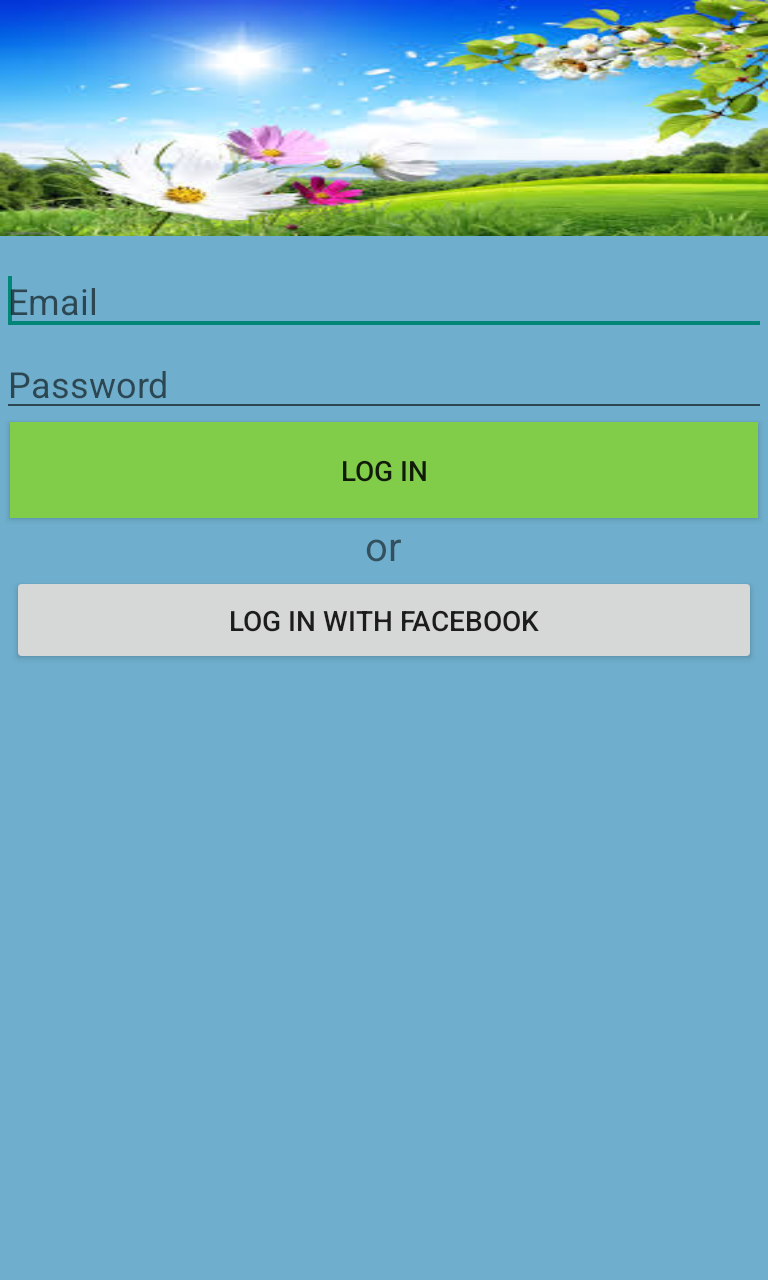
Repository: adarshnair13/my-project
Layout: ash/res/layout/activity_main.xml
The author's editor kept a copy of each file at every save. The layout is drawn from the files as they stood at one save, then again after the next save.
It is drawn on a 768 x 1280 px phone screen (xhdpi) without system bars, with theme AppTheme; the app's code is not run.

Above is the layout before, as saved 2015-02-02 23:03:52.

### ash/res/layout/activity_main.xml
<LinearLayout xmlns:android="http://schemas.android.com/apk/res/android"
    xmlns:tools="http://schemas.android.com/tools"
    android:id="@+id/LinearLayout1"
    android:layout_width="match_parent"
    android:layout_height="match_parent"
    android:background="#6FAFCD"
    android:orientation="vertical"
    tools:context="com.adarsh.ash.MainActivity" >

    <ImageView
        android:id="@+id/imageView1"
        android:layout_width="match_parent"
        android:layout_height="wrap_content"
        android:scaleType="fitXY"
        android:src="@drawable/nock" />

    <EditText
        android:id="@+id/editText1"
        android:layout_width="match_parent"
        android:layout_height="wrap_content"
        android:layout_marginTop="10dp"
        android:ems="10"
        android:hint="Email"
        android:inputType="textEmailAddress" >

        <requestFocus />
    </EditText>

    <EditText
        android:id="@+id/editText2"
        android:layout_width="match_parent"
        android:layout_height="wrap_content"
        android:ems="10"
        android:hint="Password"
        android:inputType="numberPassword" />

    <Button
        android:id="@+id/button1"
        style="?android:attr/buttonStyleSmall"
        android:layout_width="match_parent"
        android:layout_height="wrap_content"
        android:layout_marginLeft="5dp"
        android:layout_marginRight="5dp"
        android:background="#81CD4A"
        android:text="Log In" />

    <TextView
        android:id="@+id/textView1"
        android:layout_width="wrap_content"
        android:layout_height="wrap_content"
        android:layout_gravity="center"
        android:text="or"
        android:textSize="20dp" />

    <Button
        android:id="@+id/button2"
        style="?android:attr/buttonStyleSmall"
        android:layout_width="match_parent"
        android:layout_height="wrap_content"
        android:layout_marginLeft="5dp"
        android:layout_marginRight="5dp"
        android:text="Log In with Facebook" />

</LinearLayout>

Loaded but not shown: ash/res/values/styles.xml (common file); ash/res/values-v11/styles.xml (common file); ash/res/values-v14/styles.xml (common file)

After the next save:
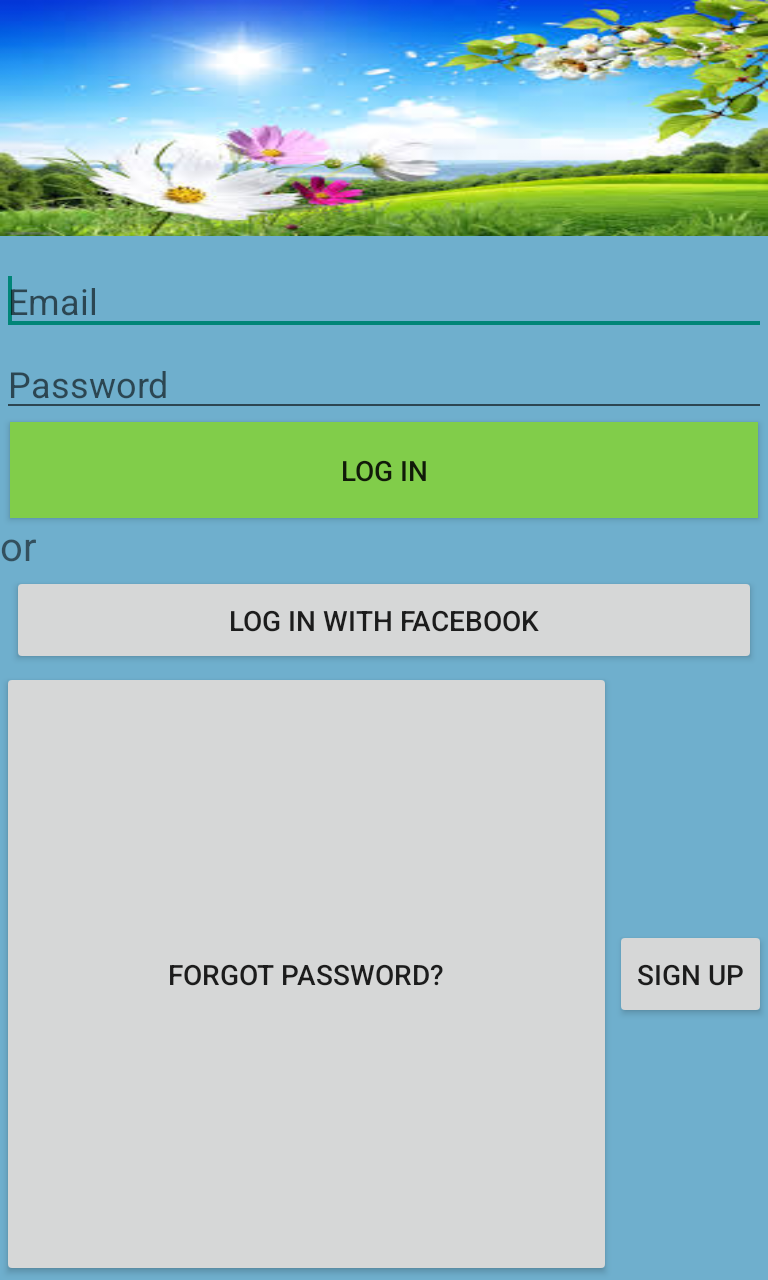
Saved 13 min 18 s later.
--- a/ash/res/layout/activity_main.xml
+++ b/ash/res/layout/activity_main.xml
@@ -1,6 +1,6 @@
-<LinearLayout xmlns:android="http://schemas.android.com/apk/res/android"
+<RelativeLayout xmlns:android="http://schemas.android.com/apk/res/android"
     xmlns:tools="http://schemas.android.com/tools"
-    android:id="@+id/LinearLayout1"
+    android:id="@+id/RelativeLayout1"
     android:layout_width="match_parent"
     android:layout_height="match_parent"
     android:background="#6FAFCD"
@@ -11,6 +11,8 @@
         android:id="@+id/imageView1"
         android:layout_width="match_parent"
         android:layout_height="wrap_content"
+        android:layout_alignParentLeft="true"
+        android:layout_alignParentTop="true"
         android:scaleType="fitXY"
         android:src="@drawable/nock" />
 
@@ -18,6 +20,8 @@
         android:id="@+id/editText1"
         android:layout_width="match_parent"
         android:layout_height="wrap_content"
+        android:layout_alignParentLeft="true"
+        android:layout_below="@+id/imageView1"
         android:layout_marginTop="10dp"
         android:ems="10"
         android:hint="Email"
@@ -30,6 +34,8 @@
         android:id="@+id/editText2"
         android:layout_width="match_parent"
         android:layout_height="wrap_content"
+        android:layout_alignParentLeft="true"
+        android:layout_below="@+id/editText1"
         android:ems="10"
         android:hint="Password"
         android:inputType="numberPassword" />
@@ -39,6 +45,8 @@
         style="?android:attr/buttonStyleSmall"
         android:layout_width="match_parent"
         android:layout_height="wrap_content"
+        android:layout_alignParentLeft="true"
+        android:layout_below="@+id/editText2"
         android:layout_marginLeft="5dp"
         android:layout_marginRight="5dp"
         android:background="#81CD4A"
@@ -46,8 +54,10 @@
 
     <TextView
         android:id="@+id/textView1"
-        android:layout_width="wrap_content"
+        android:layout_width="match_parent"
         android:layout_height="wrap_content"
+        android:layout_below="@+id/button1"
+        android:layout_centerHorizontal="true"
         android:layout_gravity="center"
         android:text="or"
         android:textSize="20dp" />
@@ -57,8 +67,33 @@
         style="?android:attr/buttonStyleSmall"
         android:layout_width="match_parent"
         android:layout_height="wrap_content"
+        android:layout_alignParentLeft="true"
+        android:layout_below="@+id/textView1"
         android:layout_marginLeft="5dp"
         android:layout_marginRight="5dp"
         android:text="Log In with Facebook" />
 
-</LinearLayout>
+    <Button
+        android:id="@+id/button3"
+        style="?android:attr/buttonStyleSmall"
+        android:layout_width="wrap_content"
+        android:layout_height="wrap_content"
+        android:layout_alignParentLeft="true"
+        android:layout_alignParentBottom="true"
+        android:layout_below="@+id/button2"
+        android:layout_toLeftOf="@+id/button4"
+        android:layout_weight="1.0"
+        android:text="Forgot Password?" />
+
+    <Button
+        android:id="@+id/button4"
+        style="?android:attr/buttonStyleSmall"
+        android:layout_width="wrap_content"
+        android:layout_height="wrap_content"
+        android:layout_alignBaseline="@+id/button3"
+        android:layout_alignParentRight="true"
+        android:layout_alignTop="@+id/button3"
+        android:layout_weight="1.0"
+        android:text="Sign Up" />
+
+</RelativeLayout>
